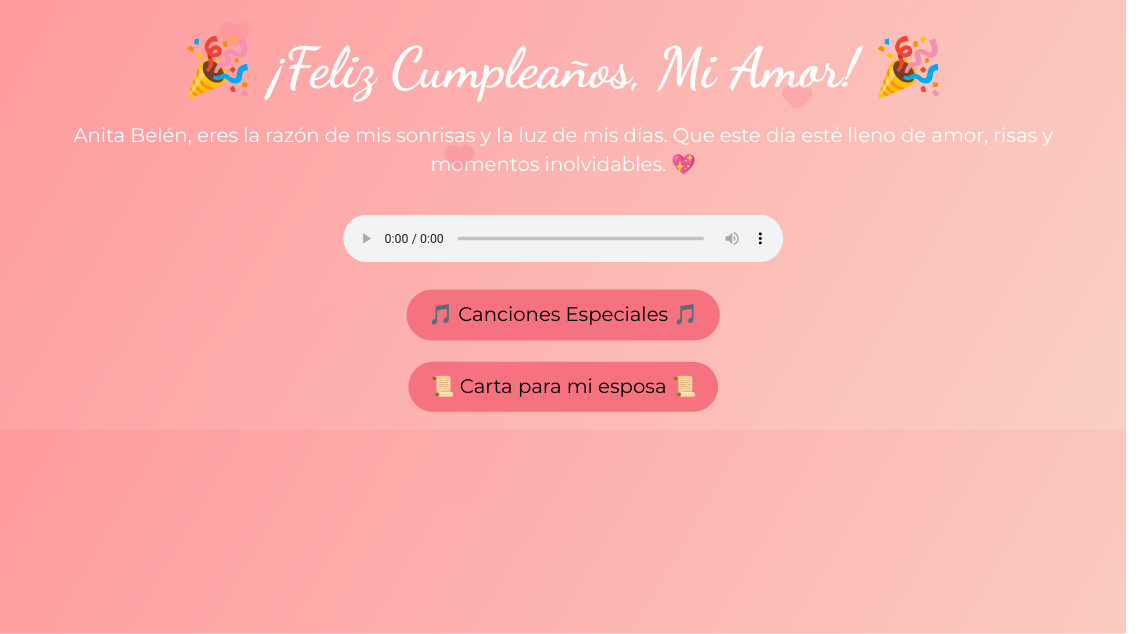
Repository: Jchimbo99/Esposa
Page: index.html
These files come from the project's save history. The page is drawn as it stood at one moment and after the next save; the edit follows.
The browser window is 1280 px wide. The page is 1280 px wide, then 1297 px, then 1280 px, so the pictures cover 1297 px, including what lies to the right of the window. The pictures show the whole page, at 88% of full size.

Above is the page before, as saved 2025-01-24 11:14:34.

### index.html
<!DOCTYPE html>
<html lang="en">
<head>
    <meta charset="UTF-8">
    <meta name="viewport" content="width=device-width, initial-scale=1.0">
    <title>¡Feliz Cumpleaños, Amor!</title>
    <!-- Bootstrap CSS -->
    <link href="https://cdn.jsdelivr.net/npm/bootstrap@5.3.0-alpha3/dist/css/bootstrap.min.css" rel="stylesheet">
    <!-- Google Fonts -->
    <link href="https://fonts.googleapis.com/css2?family=Dancing+Script:wght@700&family=Montserrat:wght@400;700&display=swap" rel="stylesheet">
    <!-- Custom CSS -->
    <style>
        body {
            background: linear-gradient(120deg, #ff9a9e, #fad0c4);
            font-family: 'Montserrat', sans-serif;
            color: #fff;
            text-align: center;
            padding: 20px;
            overflow: hidden;
        }

        h1 {
            font-family: 'Dancing Script', cursive;
            font-size: 4rem;
            margin-top: 20px;
            color: #fff;
        }

        p {
            font-size: 1.4rem;
            margin: 20px 0;
        }

        .btn-custom {
            background-color: #f67280;
            border: none;
            color: black;
            padding: 12px 25px;
            font-size: 1.4rem;
            font-family: 'Montserrat', sans-serif;
            border-radius: 50px;
            transition: transform 0.3s, box-shadow 0.3s;
        }

        .btn-custom:hover {
            background-color: #c06c84;
            transform: scale(1.1);
            box-shadow: 0 4px 15px rgba(0, 0, 0, 0.2);
        }

        .video-container {
            display: none;
            margin-top: 20px;
        }

        iframe {
            width: 100%;
            max-width: 560px;
            height: 315px;
            border: none;
            margin-bottom: 20px;
        }

        #cartaContainer {
            display: none;
            margin-top: 20px;
        }

        #carta {
            padding: 20px;
            background-color: #fff;
            color: #000;
            font-family: 'Dancing Script', cursive;
            border-radius: 10px;
            margin-top: 20px;
            box-shadow: 0px 4px 20px rgba(0, 0, 0, 0.1);
        }

        audio {
            width: 100%;
            max-width: 500px;
            margin-top: 20px;
        }

        /* Corazones flotantes */
        .heart {
            position: fixed;
            width: 20px;
            height: 20px;
            background-color: #ff6b81;
            border-radius: 50%;
            animation: float 8s infinite;
            transform: rotate(45deg);
        }

        .heart:before,
        .heart:after {
            content: '';
            position: absolute;
            width: 20px;
            height: 20px;
            background-color: #ff6b81;
            border-radius: 50%;
        }

        .heart:before {
            top: -10px;
            left: 0;
        }

        .heart:after {
            top: 0;
            left: -10px;
        }

        @keyframes float {
            0% {
                transform: translateY(100vh) rotate(45deg);
                opacity: 1;
            }
            100% {
                transform: translateY(-100vh) rotate(45deg);
                opacity: 0;
            }
        }

        /* Generar múltiples corazones */
        .heart:nth-child(1) { left: 10%; animation-duration: 8s; }
        .heart:nth-child(2) { left: 20%; animation-duration: 10s; }
        .heart:nth-child(3) { left: 30%; animation-duration: 6s; }
        .heart:nth-child(4) { left: 40%; animation-duration: 12s; }
        .heart:nth-child(5) { left: 50%; animation-duration: 7s; }
        .heart:nth-child(6) { left: 60%; animation-duration: 9s; }
        .heart:nth-child(7) { left: 70%; animation-duration: 11s; }
        .heart:nth-child(8) { left: 80%; animation-duration: 5s; }
        .heart:nth-child(9) { left: 90%; animation-duration: 8s; }
    </style>
</head>
<body>
    <div class="container">
        <h1>🎉 ¡Feliz Cumpleaños, Mi Amor! 🎉</h1>
        <p>Anita Belén, eres la razón de mis sonrisas y la luz de mis días. Que este día esté lleno de amor, risas y momentos inolvidables. 💖</p>

        <audio controls>
            <source src="/audio/Mon Laferte - Amor Completo.mp3" type="audio/mp3">
            Tu navegador no soporta el elemento de audio.
        </audio>

        <div class="mt-4">
            <button class="btn btn-custom" onclick="toggleVideos()">🎵 Canciones Especiales 🎵</button>
        </div>

        <div id="videoContainer" class="video-container">
            <iframe width="560" height="315" src="https://www.youtube.com/embed/xvVUPGI8Kgo" title="YouTube video player" allowfullscreen></iframe>
            <iframe width="560" height="315" src="https://www.youtube.com/embed/nRUtraoH6Yg" title="YouTube video player" allowfullscreen></iframe>
        </div>

        <div class="mt-4">
            <button class="btn btn-custom" onclick="toggleCarta()">📜 Carta para mi esposa 📜</button>
        </div>

        <div id="cartaContainer">
            <div id="carta" class="carta">
                <p>Mi amor,</p>
                <p>Querida Anita Belén:</p>
                <p>Hoy, en el día de tu cumpleaños, quiero escribirte desde lo más profundo de mi corazón...</p>
                <p class="signature">Con todo mi amor, <br>RUEDITAS</p>
            </div>
        </div>
    </div>

    <!-- Corazones flotantes -->
    <div id="hearts">
        <div class="heart"></div>
        <div class="heart"></div>
        <div class="heart"></div>
        <div class="heart"></div>
        <div class="heart"></div>
        <div class="heart"></div>
        <div class="heart"></div>
        <div class="heart"></div>
        <div class="heart"></div>
    </div>

    <!-- Bootstrap JS -->
    <script src="https://cdn.jsdelivr.net/npm/bootstrap@5.3.0-alpha3/dist/js/bootstrap.bundle.min.js"></script>
    <script>
        function toggleVideos() {
            const videoContainer = document.getElementById('videoContainer');
            videoContainer.style.display = videoContainer.style.display === 'none' ? 'block' : 'none';
        }

        function toggleCarta() {
            const cartaContainer = document.getElementById('cartaContainer');
            cartaContainer.style.display = cartaContainer.style.display === 'none' ? 'block' : 'none';
        }
    </script>
</body>
</html>

After the next save:
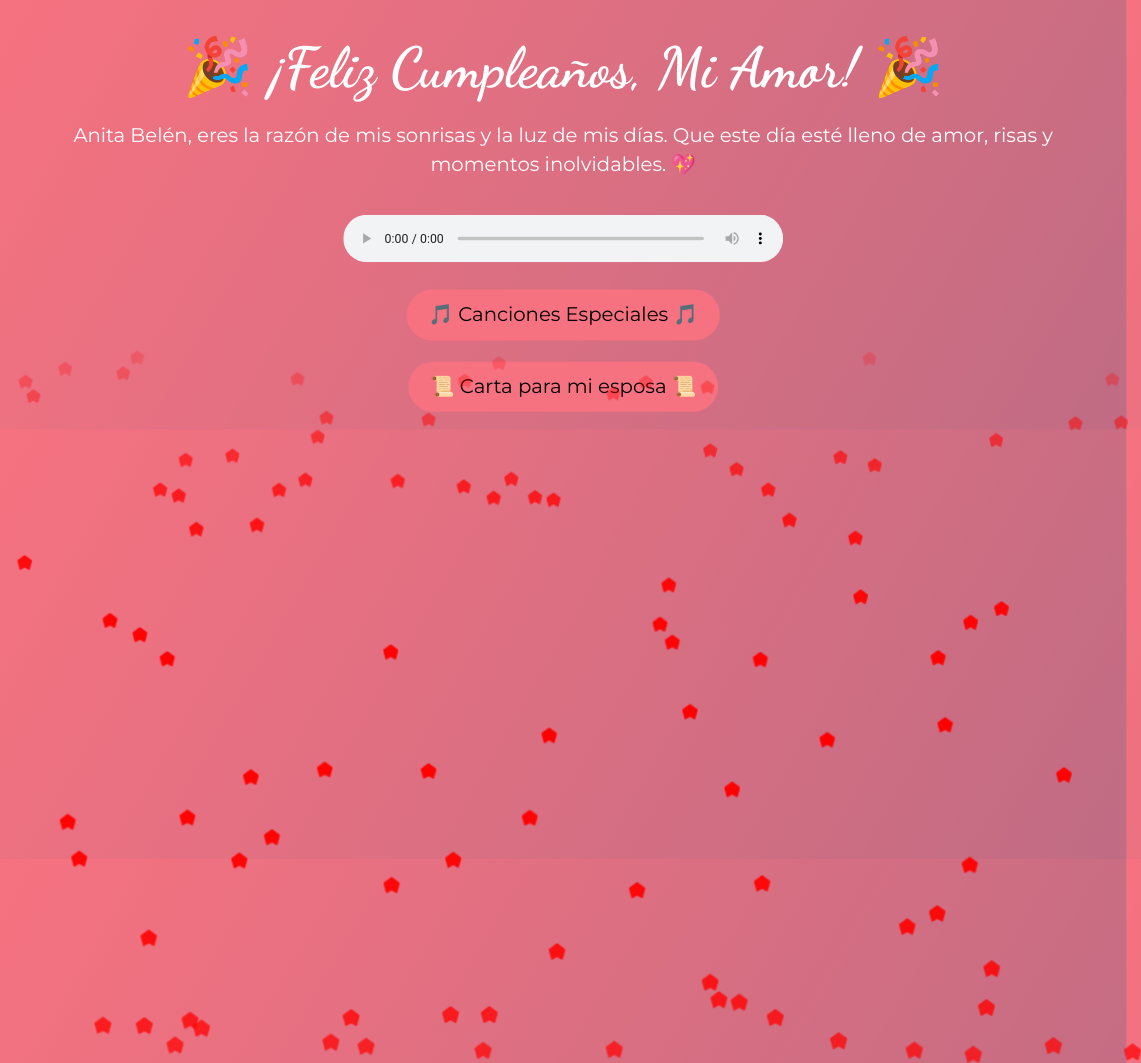
Saved 6 min 41 s later.
--- a/index.html
+++ b/index.html
@@ -16,7 +16,13 @@
             color: #fff;
             text-align: center;
             padding: 20px;
+            animation: backgroundPulse 3s infinite alternate;
             overflow: hidden;
+        }
+
+        @keyframes backgroundPulse {
+            0% { background: linear-gradient(120deg, #ff9a9e, #fad0c4); }
+            100% { background: linear-gradient(120deg, #f67280, #c06c84); }
         }
 
         h1 {
@@ -59,6 +65,11 @@
             height: 315px;
             border: none;
             margin-bottom: 20px;
+            transition: transform 0.3s ease;
+        }
+
+        iframe:hover {
+            transform: scale(1.05);
         }
 
         #cartaContainer {
@@ -74,8 +85,26 @@
             border-radius: 10px;
             margin-top: 20px;
             box-shadow: 0px 4px 20px rgba(0, 0, 0, 0.1);
-        }
-
+            animation: fadeIn 1s ease-in-out;
+        }
+
+        @keyframes fadeIn {
+            0% { opacity: 0; }
+            100% { opacity: 1; }
+        }
+
+        .carta p {
+            font-size: 1.5rem;
+            line-height: 1.6;
+        }
+
+        .carta .signature {
+            font-size: 1.3rem;
+            font-weight: bold;
+            margin-top: 20px;
+        }
+
+        /* Reproductor de audio */
         audio {
             width: 100%;
             max-width: 500px;
@@ -84,63 +113,37 @@
 
         /* Corazones flotantes */
         .heart {
-            position: fixed;
-            width: 20px;
-            height: 20px;
-            background-color: #ff6b81;
-            border-radius: 50%;
-            animation: float 8s infinite;
-            transform: rotate(45deg);
-        }
-
-        .heart:before,
-        .heart:after {
-            content: '';
             position: absolute;
             width: 20px;
             height: 20px;
-            background-color: #ff6b81;
-            border-radius: 50%;
-        }
-
-        .heart:before {
-            top: -10px;
-            left: 0;
-        }
-
-        .heart:after {
-            top: 0;
-            left: -10px;
+            background-color: red;
+            clip-path: polygon(50% 0%, 100% 37%, 82% 100%, 50% 82%, 18% 100%, 0% 37%);
+            animation: float 6s infinite ease-in-out;
+            opacity: 0.7;
         }
 
         @keyframes float {
             0% {
-                transform: translateY(100vh) rotate(45deg);
+                transform: translateY(100vh) scale(1);
+                opacity: 0.7;
+            }
+            50% {
                 opacity: 1;
             }
             100% {
-                transform: translateY(-100vh) rotate(45deg);
-                opacity: 0;
-            }
-        }
-
-        /* Generar múltiples corazones */
-        .heart:nth-child(1) { left: 10%; animation-duration: 8s; }
-        .heart:nth-child(2) { left: 20%; animation-duration: 10s; }
-        .heart:nth-child(3) { left: 30%; animation-duration: 6s; }
-        .heart:nth-child(4) { left: 40%; animation-duration: 12s; }
-        .heart:nth-child(5) { left: 50%; animation-duration: 7s; }
-        .heart:nth-child(6) { left: 60%; animation-duration: 9s; }
-        .heart:nth-child(7) { left: 70%; animation-duration: 11s; }
-        .heart:nth-child(8) { left: 80%; animation-duration: 5s; }
-        .heart:nth-child(9) { left: 90%; animation-duration: 8s; }
+                transform: translateY(-10vh) scale(0.8);
+                opacity: 0.2;
+            }
+        }
     </style>
 </head>
 <body>
+
     <div class="container">
         <h1>🎉 ¡Feliz Cumpleaños, Mi Amor! 🎉</h1>
         <p>Anita Belén, eres la razón de mis sonrisas y la luz de mis días. Que este día esté lleno de amor, risas y momentos inolvidables. 💖</p>
 
+        <!-- Reproductor de audio visible -->
         <audio controls>
             <source src="/audio/Mon Laferte - Amor Completo.mp3" type="audio/mp3">
             Tu navegador no soporta el elemento de audio.
@@ -155,10 +158,12 @@
             <iframe width="560" height="315" src="https://www.youtube.com/embed/nRUtraoH6Yg" title="YouTube video player" allowfullscreen></iframe>
         </div>
 
+        <!-- Nuevo botón para abrir la carta -->
         <div class="mt-4">
             <button class="btn btn-custom" onclick="toggleCarta()">📜 Carta para mi esposa 📜</button>
         </div>
 
+        <!-- Contenedor de la carta -->
         <div id="cartaContainer">
             <div id="carta" class="carta">
                 <p>Mi amor,</p>
@@ -170,21 +175,20 @@
     </div>
 
     <!-- Corazones flotantes -->
-    <div id="hearts">
-        <div class="heart"></div>
-        <div class="heart"></div>
-        <div class="heart"></div>
-        <div class="heart"></div>
-        <div class="heart"></div>
-        <div class="heart"></div>
-        <div class="heart"></div>
-        <div class="heart"></div>
-        <div class="heart"></div>
-    </div>
-
-    <!-- Bootstrap JS -->
-    <script src="https://cdn.jsdelivr.net/npm/bootstrap@5.3.0-alpha3/dist/js/bootstrap.bundle.min.js"></script>
     <script>
+        function createHearts() {
+            for (let i = 0; i < 100; i++) {
+                const heart = document.createElement('div');
+                heart.className = 'heart';
+                heart.style.left = `${Math.random() * 100}vw`;
+                heart.style.animationDelay = `${Math.random() * 5}s`;
+                heart.style.animationDuration = `${4 + Math.random() * 2}s`;
+                document.body.appendChild(heart);
+            }
+        }
+
+        createHearts();
+
         function toggleVideos() {
             const videoContainer = document.getElementById('videoContainer');
             videoContainer.style.display = videoContainer.style.display === 'none' ? 'block' : 'none';

After the save that followed:
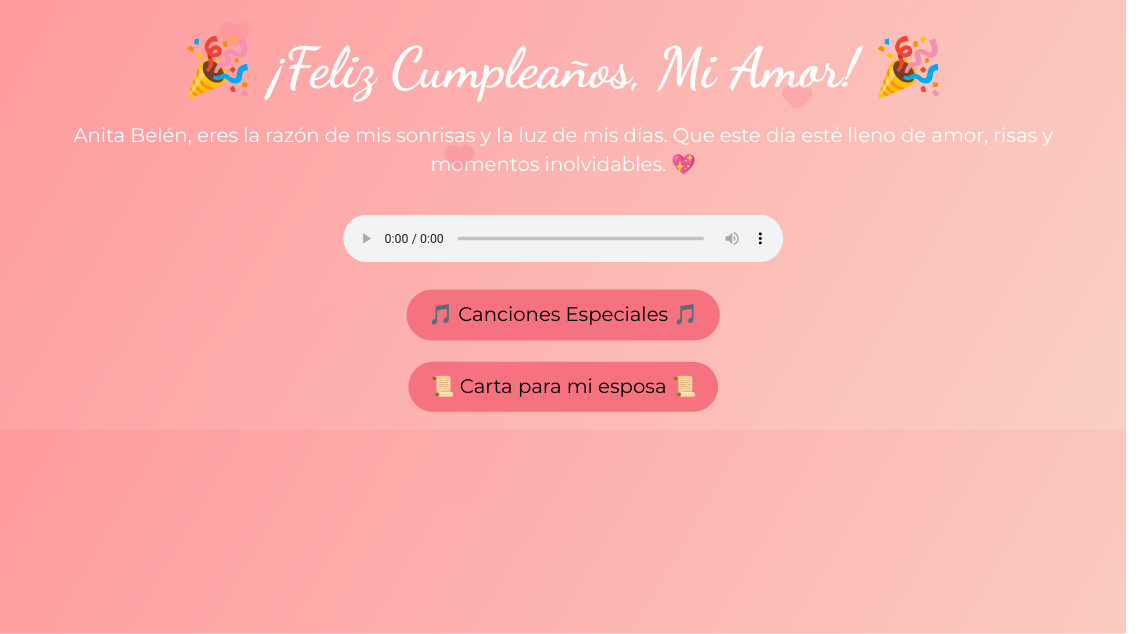
Saved 11 s later.
--- a/index.html
+++ b/index.html
@@ -16,13 +16,7 @@
             color: #fff;
             text-align: center;
             padding: 20px;
-            animation: backgroundPulse 3s infinite alternate;
             overflow: hidden;
-        }
-
-        @keyframes backgroundPulse {
-            0% { background: linear-gradient(120deg, #ff9a9e, #fad0c4); }
-            100% { background: linear-gradient(120deg, #f67280, #c06c84); }
         }
 
         h1 {
@@ -65,11 +59,6 @@
             height: 315px;
             border: none;
             margin-bottom: 20px;
-            transition: transform 0.3s ease;
-        }
-
-        iframe:hover {
-            transform: scale(1.05);
         }
 
         #cartaContainer {
@@ -85,26 +74,8 @@
             border-radius: 10px;
             margin-top: 20px;
             box-shadow: 0px 4px 20px rgba(0, 0, 0, 0.1);
-            animation: fadeIn 1s ease-in-out;
         }
 
-        @keyframes fadeIn {
-            0% { opacity: 0; }
-            100% { opacity: 1; }
-        }
-
-        .carta p {
-            font-size: 1.5rem;
-            line-height: 1.6;
-        }
-
-        .carta .signature {
-            font-size: 1.3rem;
-            font-weight: bold;
-            margin-top: 20px;
-        }
-
-        /* Reproductor de audio */
         audio {
             width: 100%;
             max-width: 500px;
@@ -113,37 +84,63 @@
 
         /* Corazones flotantes */
         .heart {
+            position: fixed;
+            width: 20px;
+            height: 20px;
+            background-color: #ff6b81;
+            border-radius: 50%;
+            animation: float 8s infinite;
+            transform: rotate(45deg);
+        }
+
+        .heart:before,
+        .heart:after {
+            content: '';
             position: absolute;
             width: 20px;
             height: 20px;
-            background-color: red;
-            clip-path: polygon(50% 0%, 100% 37%, 82% 100%, 50% 82%, 18% 100%, 0% 37%);
-            animation: float 6s infinite ease-in-out;
-            opacity: 0.7;
+            background-color: #ff6b81;
+            border-radius: 50%;
+        }
+
+        .heart:before {
+            top: -10px;
+            left: 0;
+        }
+
+        .heart:after {
+            top: 0;
+            left: -10px;
         }
 
         @keyframes float {
             0% {
-                transform: translateY(100vh) scale(1);
-                opacity: 0.7;
-            }
-            50% {
+                transform: translateY(100vh) rotate(45deg);
                 opacity: 1;
             }
             100% {
-                transform: translateY(-10vh) scale(0.8);
-                opacity: 0.2;
+                transform: translateY(-100vh) rotate(45deg);
+                opacity: 0;
             }
         }
+
+        /* Generar múltiples corazones */
+        .heart:nth-child(1) { left: 10%; animation-duration: 8s; }
+        .heart:nth-child(2) { left: 20%; animation-duration: 10s; }
+        .heart:nth-child(3) { left: 30%; animation-duration: 6s; }
+        .heart:nth-child(4) { left: 40%; animation-duration: 12s; }
+        .heart:nth-child(5) { left: 50%; animation-duration: 7s; }
+        .heart:nth-child(6) { left: 60%; animation-duration: 9s; }
+        .heart:nth-child(7) { left: 70%; animation-duration: 11s; }
+        .heart:nth-child(8) { left: 80%; animation-duration: 5s; }
+        .heart:nth-child(9) { left: 90%; animation-duration: 8s; }
     </style>
 </head>
 <body>
-
     <div class="container">
         <h1>🎉 ¡Feliz Cumpleaños, Mi Amor! 🎉</h1>
         <p>Anita Belén, eres la razón de mis sonrisas y la luz de mis días. Que este día esté lleno de amor, risas y momentos inolvidables. 💖</p>
 
-        <!-- Reproductor de audio visible -->
         <audio controls>
             <source src="/audio/Mon Laferte - Amor Completo.mp3" type="audio/mp3">
             Tu navegador no soporta el elemento de audio.
@@ -158,12 +155,10 @@
             <iframe width="560" height="315" src="https://www.youtube.com/embed/nRUtraoH6Yg" title="YouTube video player" allowfullscreen></iframe>
         </div>
 
-        <!-- Nuevo botón para abrir la carta -->
         <div class="mt-4">
             <button class="btn btn-custom" onclick="toggleCarta()">📜 Carta para mi esposa 📜</button>
         </div>
 
-        <!-- Contenedor de la carta -->
         <div id="cartaContainer">
             <div id="carta" class="carta">
                 <p>Mi amor,</p>
@@ -175,20 +170,21 @@
     </div>
 
     <!-- Corazones flotantes -->
+    <div id="hearts">
+        <div class="heart"></div>
+        <div class="heart"></div>
+        <div class="heart"></div>
+        <div class="heart"></div>
+        <div class="heart"></div>
+        <div class="heart"></div>
+        <div class="heart"></div>
+        <div class="heart"></div>
+        <div class="heart"></div>
+    </div>
+
+    <!-- Bootstrap JS -->
+    <script src="https://cdn.jsdelivr.net/npm/bootstrap@5.3.0-alpha3/dist/js/bootstrap.bundle.min.js"></script>
     <script>
-        function createHearts() {
-            for (let i = 0; i < 100; i++) {
-                const heart = document.createElement('div');
-                heart.className = 'heart';
-                heart.style.left = `${Math.random() * 100}vw`;
-                heart.style.animationDelay = `${Math.random() * 5}s`;
-                heart.style.animationDuration = `${4 + Math.random() * 2}s`;
-                document.body.appendChild(heart);
-            }
-        }
-
-        createHearts();
-
         function toggleVideos() {
             const videoContainer = document.getElementById('videoContainer');
             videoContainer.style.display = videoContainer.style.display === 'none' ? 'block' : 'none';
